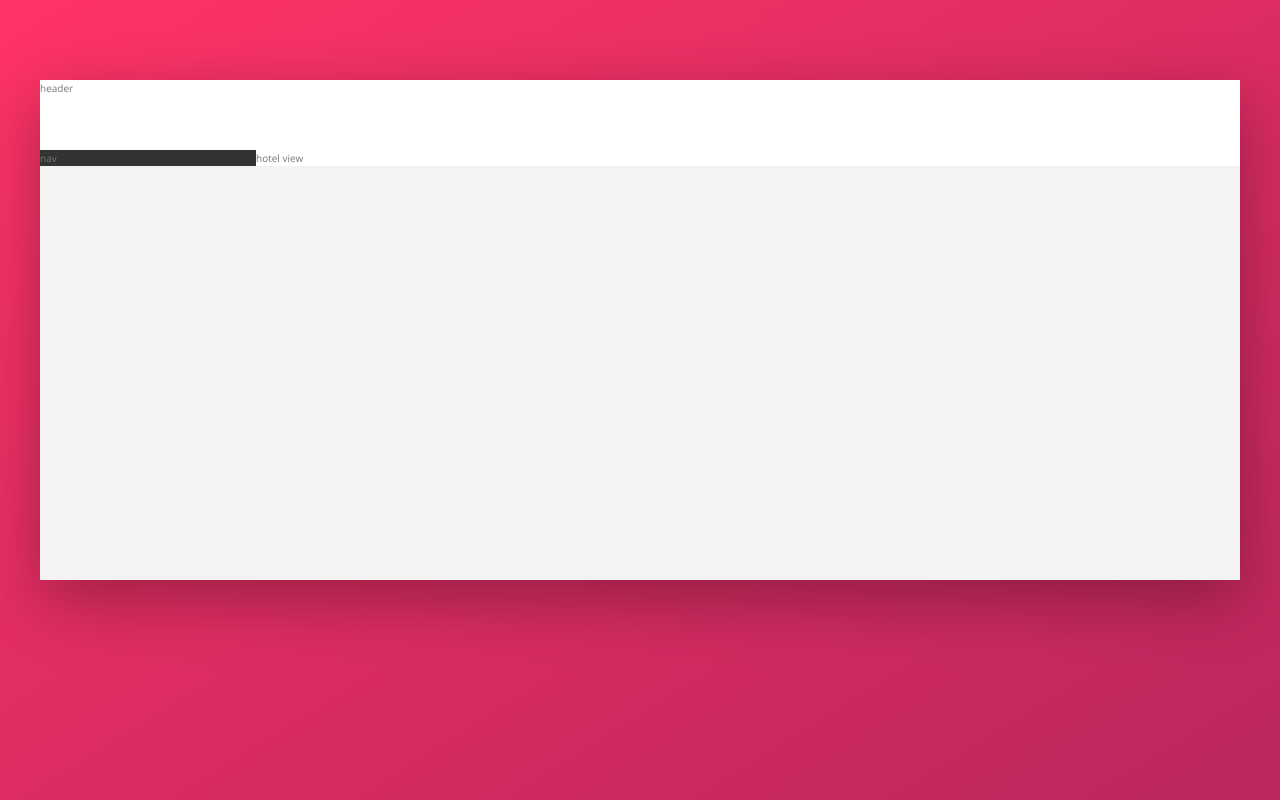
Repository: ajayaj2001/modern-Hotel
Page: /
An editor plug-in stored every save of this project. The page is shown before and after the next save, followed by the edit.
The browser window is 1280 px wide. The pictures show the whole page.
The project was rebuilt for these pictures with package versions that can differ from the ones it lists, and the page was loaded fresh each time. Also part of the build but not shown: src/header/Header.scss.

Above is the page before, as saved 2020-12-12 00:26:55.

After the next save:
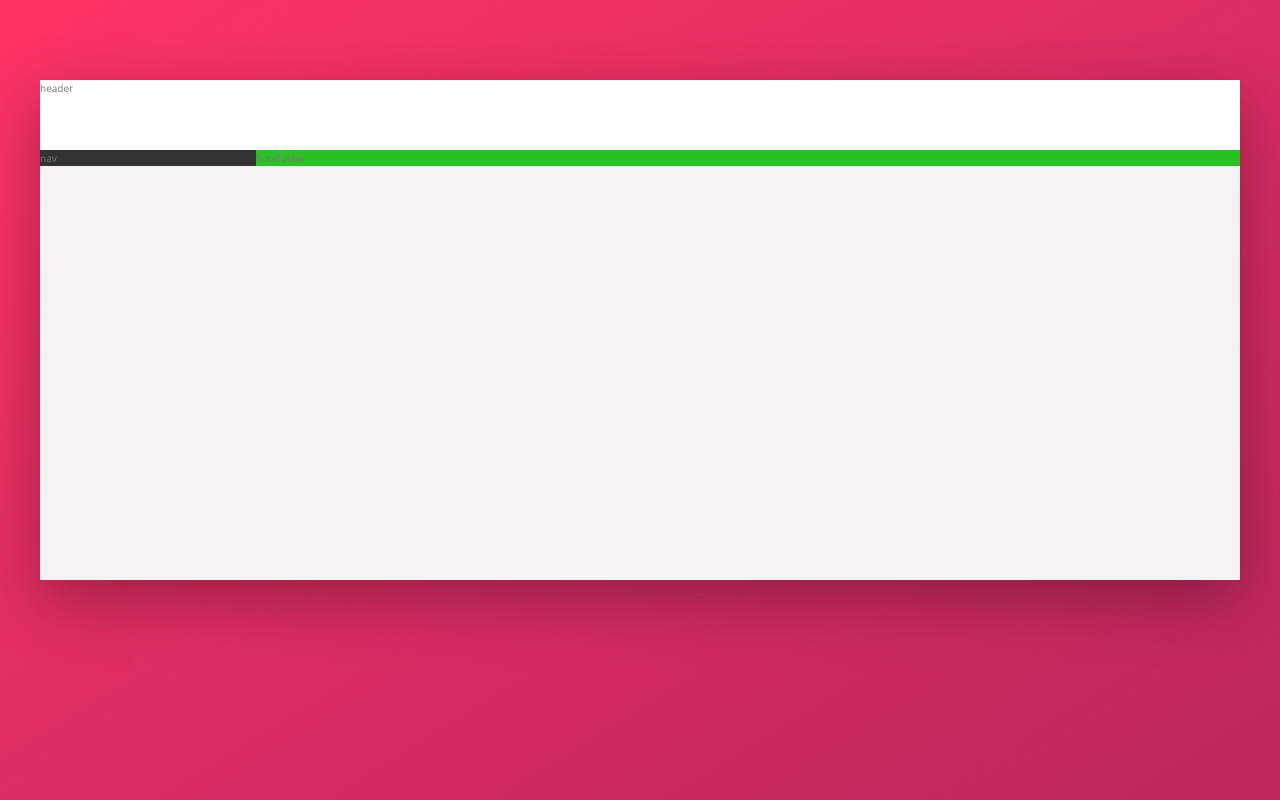
Saved 9 s later.
--- a/src/app/App.scss
+++ b/src/app/App.scss
@@ -18,6 +18,6 @@
     flex: 0 0 18%;
 }
 .hotel-view {
-    background-color: rgb(255, 255, 255);
+    background-color: rgb(41, 194, 35);
     flex: 1;
 }

After the save that followed:
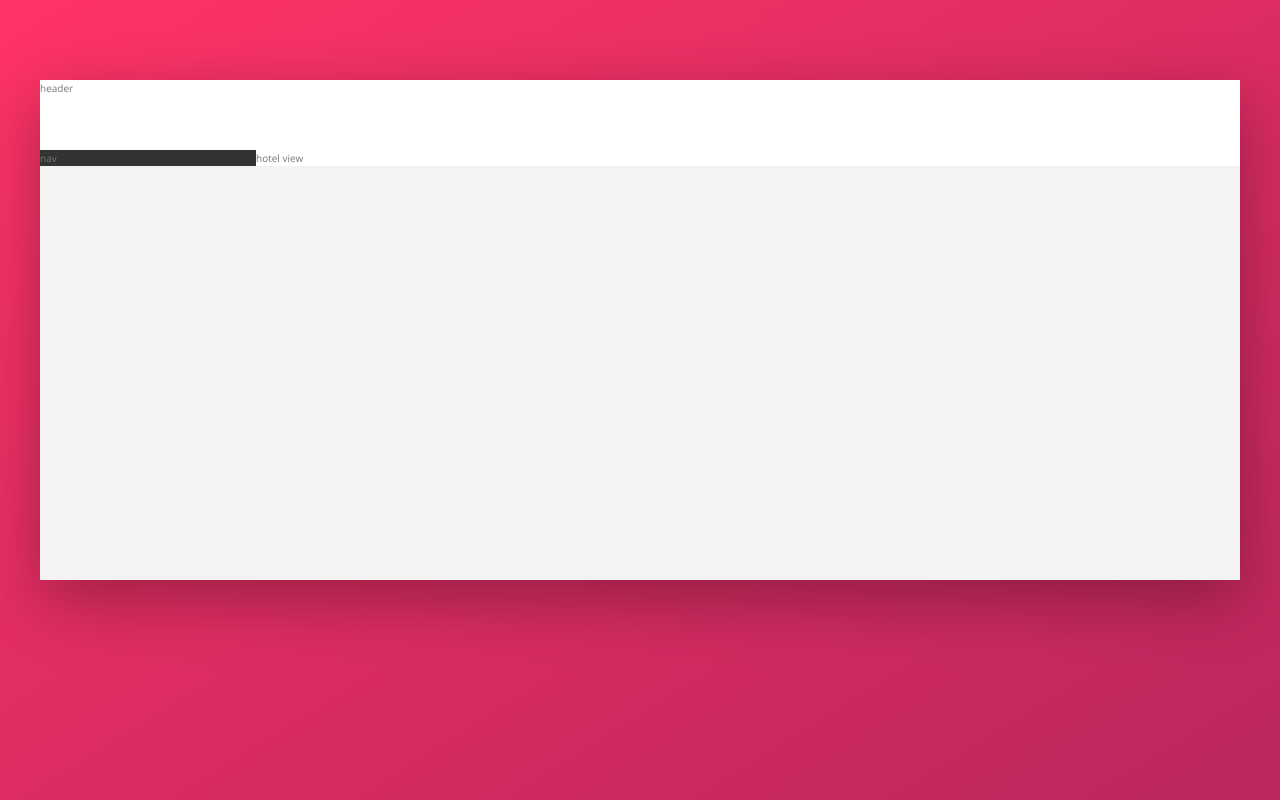
Saved 4 s later.
--- a/src/app/App.scss
+++ b/src/app/App.scss
@@ -18,6 +18,6 @@
     flex: 0 0 18%;
 }
 .hotel-view {
-    background-color: rgb(41, 194, 35);
+    background-color: rgb(255, 255, 255);
     flex: 1;
 }
